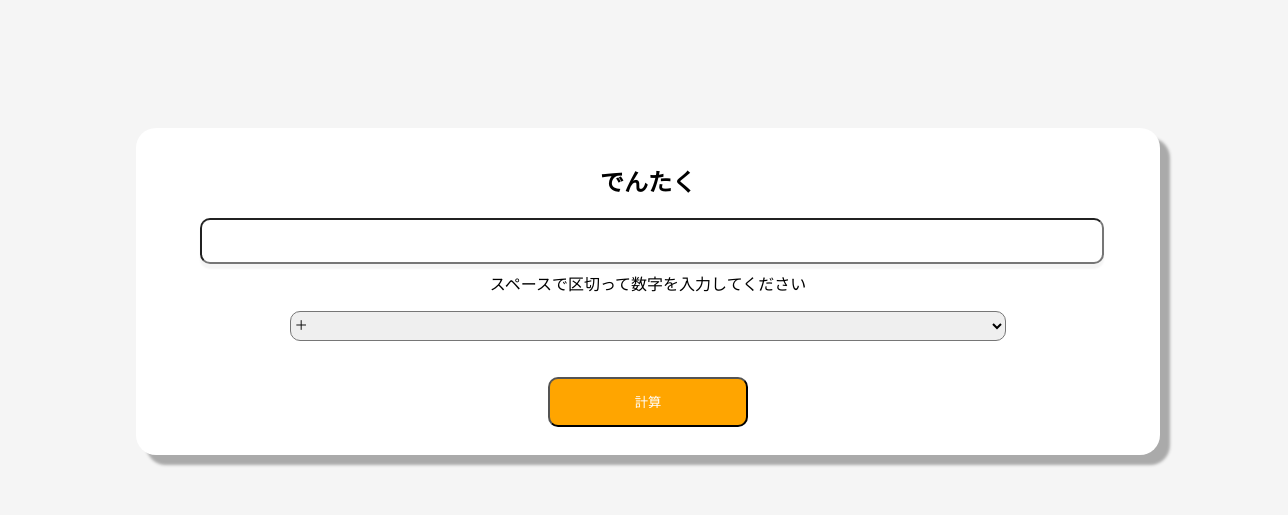
Repository: yuuukihara/test2
Page: http://localhost/dentaku2/
These files come from the project's save history. The page is drawn as it stood at one moment and after the next save; the edit follows.
The browser window is 1280 px wide. The page is 1288 px wide, so the pictures cover 1288 px, including what lies to the right of the window. The pictures show the whole page.
The page is served by Tomcat 9.

Above is the page before, as saved 2018-09-10 06:01:46.

After the next save:
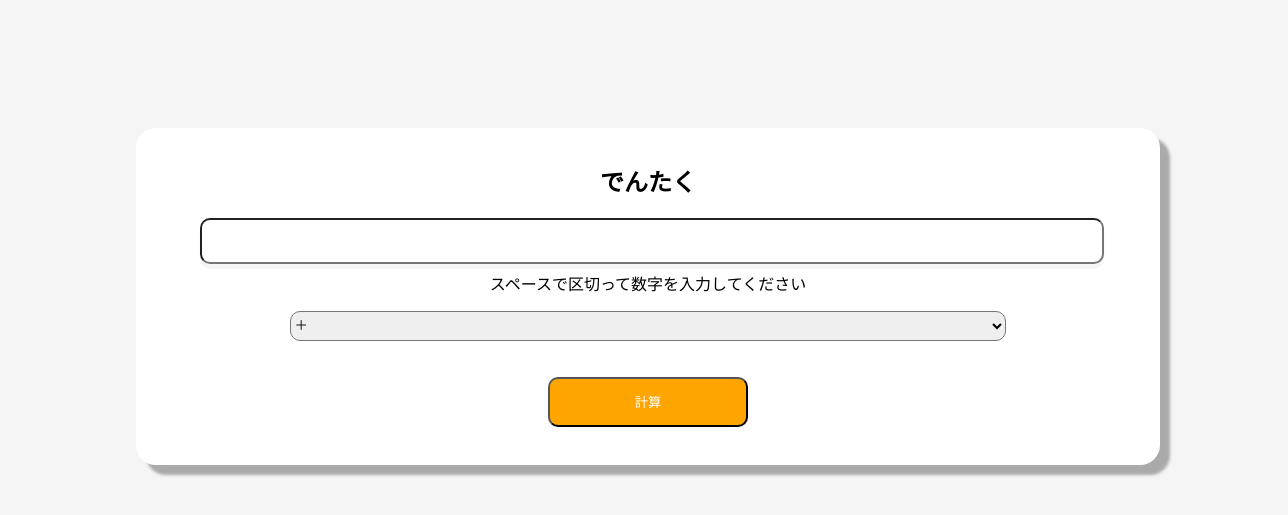
Saved 34 s later.
--- a/dentaku2/WebContent/css/Style.css
+++ b/dentaku2/WebContent/css/Style.css
@@ -9,7 +9,7 @@ body{
 	background-color:white;
 	text-align:center;
 	margin:10% 10%;
-	padding:15px 5% 10px 5%;
+	padding:15px 5% 20px 5%;
 	border-radius:20px;
 	box-shadow:10px 10px 3px #aaaaaa;
 
